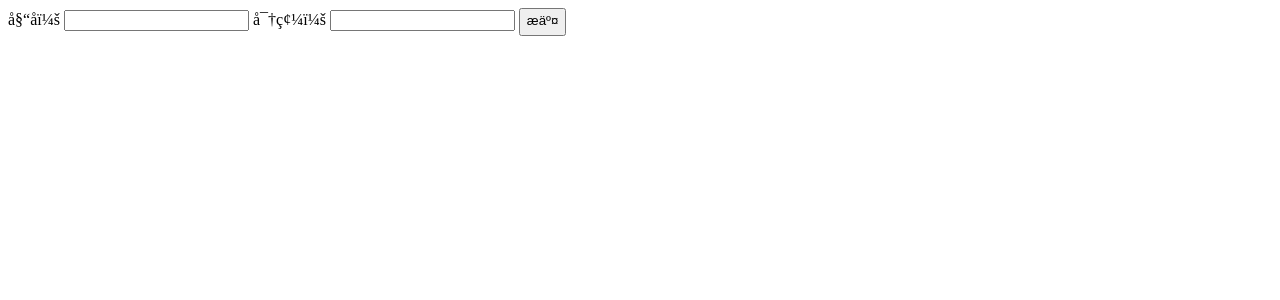
Repository: Lansefanggezi/JavaWeb
Page: http://localhost/Spring-MVC/register.jsp
The author's editor kept a copy of each file at every save. The page is drawn from the files as they stood at one save, then again after the next save.
The browser window is 1280 px wide. The pictures show the whole page.
The page is served by Tomcat 9. Nobody is signed in. The application's start-up code is not run.

Above is the page before, as saved 2018-04-04 13:38:25.

After the next save:
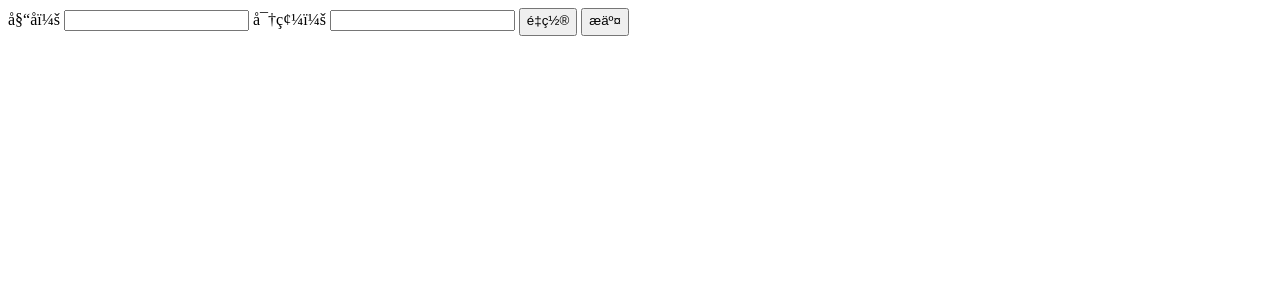
Saved 24 s later.
--- a/Spring-MVC/WebContent/register.jsp
+++ b/Spring-MVC/WebContent/register.jsp
@@ -15,6 +15,7 @@
 	<label>密碼：</label>
 	<input type="password" id="password" />
 
+	<input type="reset" value="重置" />
 	<input type="submit" value="提交" />
 </form>
 </body>
